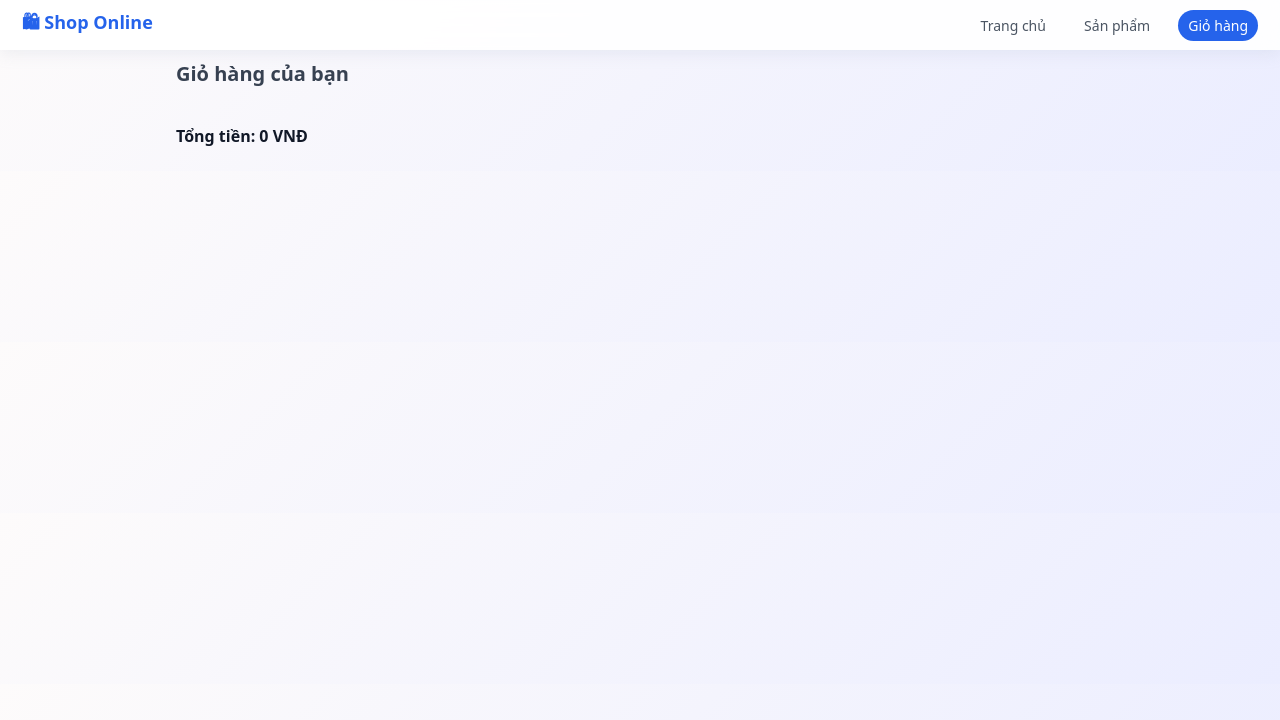
Repository: sapiens04/myshop_feuser
Page: src/cart.html
The author's editor kept a copy of each file at every save. The page is drawn from the files as they stood at one save, then again after the next save.
The browser window is 1280 px wide. The pictures show the whole page.

Above is the page before, as saved 2025-11-18 17:18:43.

### src/cart.html
<!DOCTYPE html>
<html lang="vi">
<head>
    <meta charset="UTF-8">
    <title>Giỏ hàng</title>
    <link rel="stylesheet" href="css/user.css">
</head>
<body>

<header class="navbar">
    <div class="logo">🛍 Shop Online</div>
    <nav>
    <a href="home.html">Trang chủ</a>
    <a href="products.html">Sản phẩm</a>
    <a href="cart.html" class="active">
        Giỏ hàng
        <span class="cart-badge cart-count"></span>
    </a>
</nav>

</header>

<h2 class="section-title">Giỏ hàng của bạn</h2>

<div id="cartList" class="cart-container"></div>

<h3 id="totalPrice" class="total"></h3>

<script src="src/js/cart_badge.js"></script>
<script src="src/js/cart.js"></script>

</body>
</html>

### src/css/user.css
/* Reset nhẹ nhàng */
* {
    box-sizing: border-box;
    margin: 0;
    padding: 0;
}

body {
    font-family: system-ui, -apple-system, BlinkMacSystemFont, "Segoe UI", sans-serif;
    background: linear-gradient(135deg, #fdfbfb, #ebedff);
    color: #222;
}

/* Navbar */
/* -------------------------- */
.navbar {
    position: sticky;
    top: 0;
    z-index: 10;
    display: flex;
    justify-content: space-between;
    align-items: center;
    padding: 10px 22px;
    background: rgba(255, 255, 255, 0.9);
    backdrop-filter: blur(10px);
    box-shadow: 0 4px 15px rgba(148, 163, 184, 0.15);
}

.logo {
    font-weight: 700;
    font-size: 18px;
    color: #2563eb;
}

.navbar nav a {
    margin-left: 14px;
    text-decoration: none;
    font-size: 14px;
    color: #4b5563;
    padding: 6px 10px;
    border-radius: 999px;
    transition: background-color 0.15s, color 0.15s;
}

.navbar nav a:hover {
    background-color: rgba(37, 99, 235, 0.08);
    color: #1d4ed8;
}

.navbar nav a.active {
    background-color: #2563eb;
    color: #ffffff;
}

/* Hero */
/* -------------------------- */
.hero {
    text-align: center;
    padding: 40px 16px 28px;
    max-width: 960px;
    margin: 0 auto;
}

.hero h1 {
    font-size: 28px;
    margin-bottom: 10px;
    color: #1f2933;
}

.hero p {
    color: #6b7280;
    margin-bottom: 16px;
}

.btn-primary {
    display: inline-block;
    border: none;
    border-radius: 999px;
    padding: 8px 18px;
    font-size: 14px;
    cursor: pointer;
    background: linear-gradient(135deg, #60a5fa, #a855f7);
    color: #ffffff;
    box-shadow: 0 6px 15px rgba(99, 102, 241, 0.4);
    text-decoration: none;
    transition: transform 0.05s ease, box-shadow 0.1s ease, opacity 0.1s ease;
}

.btn-primary:hover {
    transform: translateY(-1px);
    box-shadow: 0 10px 25px rgba(99, 102, 241, 0.45);
    opacity: 0.96;
}

/* Tiêu đề section */
/* -------------------------- */
.section-title {
    max-width: 960px;
    margin: 10px auto 4px;
    padding: 0 16px;
    font-size: 20px;
    font-weight: 600;
    color: #374151;
}

/* Search input ở trang products */
/* -------------------------- */
.search-input {
    display: block;
    max-width: 960px;
    width: 100%;
    margin: 8px auto 10px;
    padding: 8px 12px;
    border-radius: 999px;
    border: 1px solid #d1d5db;
    background-color: rgba(255, 255, 255, 0.9);
    font-size: 14px;
    color: #374151;
    box-shadow: 0 3px 10px rgba(148, 163, 184, 0.15);
    transition: border-color 0.15s, box-shadow 0.15s, background-color 0.15s;
}

.search-input:focus {
    outline: none;
    border-color: #60a5fa;
    box-shadow: 0 0 0 2px rgba(96, 165, 250, 0.35);
    background-color: #ffffff;
}

/* Product grid */
/* -------------------------- */
.product-grid {
    max-width: 960px;
    margin: 6px auto 30px;
    padding: 0 16px;
    display: grid;
    grid-template-columns: repeat(auto-fill, minmax(190px, 1fr));
    gap: 14px;
}

/* Card sản phẩm */
.product-card {
    background: rgba(255, 255, 255, 0.95);
    border-radius: 16px;
    box-shadow: 0 8px 20px rgba(148, 163, 184, 0.3);
    padding: 10px 10px 14px;
    cursor: pointer;
    transition: transform 0.1s ease, box-shadow 0.1s ease, background-color 0.15s ease;
    display: flex;
    flex-direction: column;
    align-items: stretch;
}

.product-card:hover {
    transform: translateY(-3px);
    box-shadow: 0 12px 30px rgba(129, 140, 248, 0.4);
    background-color: #f9fafb;
}

.product-card img {
    width: 100%;
    height: 140px;
    object-fit: cover;
    border-radius: 12px;
    margin-bottom: 8px;
    background: linear-gradient(135deg, #f9a8d4, #bfdbfe);
}

.product-card h3 {
    font-size: 15px;
    margin-bottom: 4px;
    color: #111827;
}

.product-card .price {
    font-size: 14px;
    font-weight: 600;
    color: #ec4899;
}

/* Detail page */
/* -------------------------- */
.detail-wrapper {
    max-width: 960px;
    margin: 24px auto;
    padding: 12px 16px;
    display: flex;
    gap: 18px;
    flex-wrap: wrap;
}

.detail-image {
    flex: 1 1 260px;
    max-width: 340px;
    width: 100%;
    border-radius: 18px;
    box-shadow: 0 10px 25px rgba(148, 163, 184, 0.4);
    object-fit: cover;
    background: linear-gradient(135deg, #fbcfe8, #bfdbfe);
}

.detail-info {
    flex: 2 1 320px;
    display: flex;
    flex-direction: column;
    gap: 10px;
    padding-top: 6px;
}

.detail-info h2 {
    font-size: 22px;
    color: #111827;
}

.detail-info .price {
    font-size: 18px;
    font-weight: 700;
    color: #ec4899;
}

/* Cart */
/* -------------------------- */
.cart-container {
    max-width: 960px;
    margin: 12px auto 0;
    padding: 0 16px 20px;
    display: flex;
    flex-direction: column;
    gap: 10px;
}

.cart-item {
    background: rgba(255, 255, 255, 0.96);
    border-radius: 14px;
    padding: 10px 12px;
    display: flex;
    justify-content: space-between;
    align-items: center;
    box-shadow: 0 6px 16px rgba(148, 163, 184, 0.3);
}

.cart-item h3 {
    font-size: 15px;
    margin-bottom: 2px;
}

.cart-item p {
    font-size: 13px;
    color: #4b5563;
}

.cart-actions {
    display: flex;
    gap: 6px;
    align-items: center;
}

.cart-actions button {
    border-radius: 999px;
    border: 1px solid #d1d5db;
    background-color: #f9fafb;
    padding: 4px 9px;
    font-size: 13px;
    cursor: pointer;
    transition: background-color 0.15s, transform 0.05s;
}

.cart-actions button:hover {
    background-color: #e5e7eb;
    transform: translateY(-1px);
}

/* Tổng tiền */
.total {
    max-width: 960px;
    margin: 6px auto 24px;
    padding: 0 16px;
    font-size: 16px;
    font-weight: 600;
    color: #111827;
}

/* Thông báo lỗi đơn giản (nếu cần dùng chung) */
.error {
    color: #dc2626;
}

/* Responsive */
/* -------------------------- */
@media (max-width: 600px) {
    .navbar {
        flex-direction: column;
        align-items: flex-start;
        gap: 6px;
    }
.navbar nav a {
    margin-left: 14px;
    text-decoration: none;
    font-size: 14px;
    color: #4b5563;
    padding: 6px 10px;
    border-radius: 999px;
    transition: background-color 0.15s, color 0.15s;
    position: relative; /* THÊM: để chứa badge */
}

/* Badge số trên chữ "Giỏ hàng" */
.cart-badge {
    position: absolute;
    top: -4px;
    right: 0;
    min-width: 18px;
    height: 18px;
    border-radius: 999px;
    background: #f97316; /* cam pastel */
    color: #ffffff;
    font-size: 11px;
    display: flex;
    align-items: center;
    justify-content: center;
    padding: 0 4px;
    box-shadow: 0 2px 6px rgba(249, 115, 22, 0.5);
}

/* Nếu không có số thì ẩn luôn (JS sẽ bỏ text đi) */
.cart-badge:empty {
    display: none;
}

    .hero h1 {
        font-size: 22px;
    }

    .detail-wrapper {
        flex-direction: column;
        align-items: center;
    }

    .detail-info {
        width: 100%;
    }

    .product-card img {
        height: 130px;
    }
}

### src/js/cart_badge.js
function getCartItems() {
    try {
        return JSON.parse(localStorage.getItem("cart") || "[]");
    } catch (e) {
        return [];
    }
}

function updateCartCount() {
    const cart = getCartItems();
    const total = cart.reduce((sum, item) => sum + (item.qty || 0), 0);

    const badges = document.querySelectorAll(".cart-count");
    badges.forEach(badge => {
        badge.textContent = total > 0 ? String(total) : "";
    });
}

// Cập nhật khi load trang
window.addEventListener("load", updateCartCount);

// Cập nhật khi localStorage thay đổi từ tab khác (nếu mở nhiều tab)
window.addEventListener("storage", (e) => {
    if (e.key === "cart") {
        updateCartCount();
    }
});

### src/js/cart.js
function loadCart() {
    const cart = JSON.parse(localStorage.getItem("cart") || "[]");
    const list = document.getElementById("cartList");
    let total = 0;

    list.innerHTML = "";

    cart.forEach(item => {
        total += item.price * item.qty;

        list.innerHTML += `
            <div class="cart-item">
                <div>
                    <h3>${item.name}</h3>
                    <p>${item.price.toLocaleString()} VNĐ x ${item.qty}</p>
                </div>

                <div class="cart-actions">
                    <button onclick="changeQty(${item.id}, -1)">-</button>
                    <button onclick="changeQty(${item.id}, 1)">+</button>
                    <button onclick="removeItem(${item.id})">🗑</button>
                </div>
            </div>
        `;
    });

    document.getElementById("totalPrice").textContent =
        "Tổng tiền: " + total.toLocaleString() + " VNĐ";

    // 🔴 THÊM:
    if (typeof updateCartCount === "function") {
        updateCartCount();
    }
}


function changeQty(id, delta) {
    const cart = JSON.parse(localStorage.getItem("cart") || "[]");
    const item = cart.find(x => x.id === id);

    if (!item) return;

    item.qty += delta;
    if (item.qty <= 0) {
        removeItem(id);
        return;
    }

    localStorage.setItem("cart", JSON.stringify(cart));
    loadCart();
}

function removeItem(id) {
    let cart = JSON.parse(localStorage.getItem("cart") || "[]");
    cart = cart.filter(x => x.id !== id);

    localStorage.setItem("cart", JSON.stringify(cart));
    loadCart();
}

window.onload = loadCart;

After the next save:
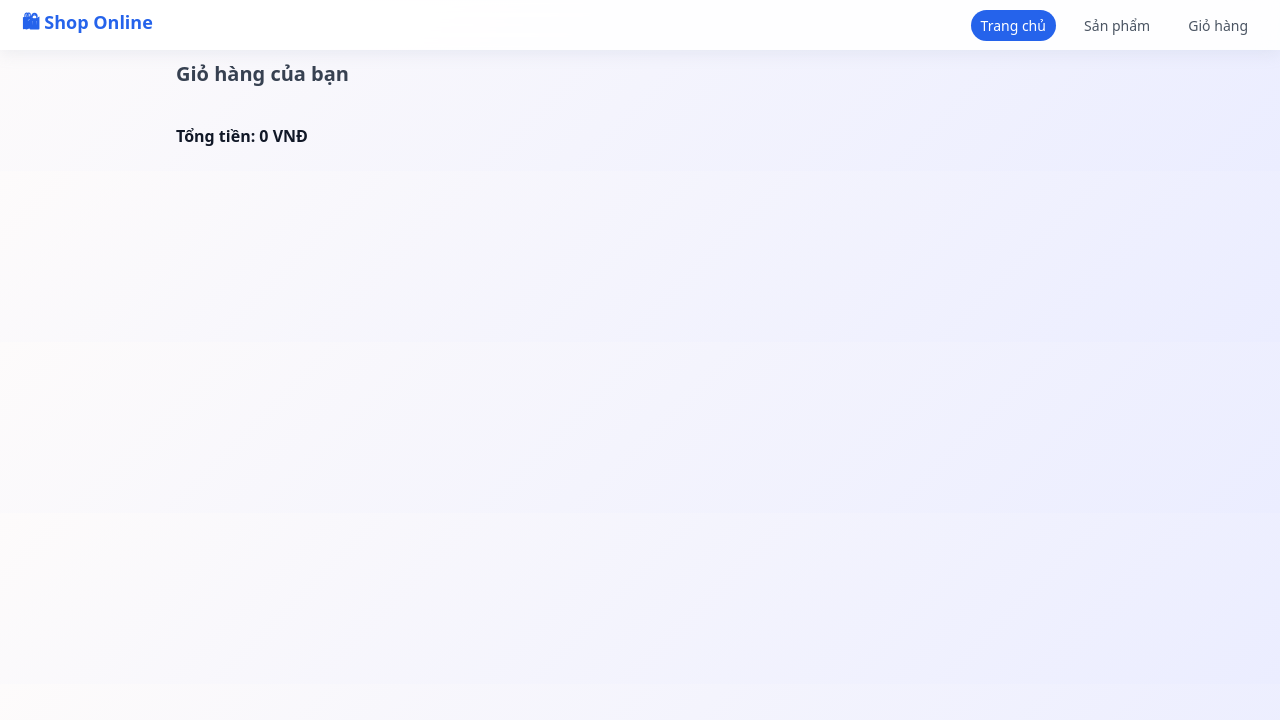
Saved 57 s later.
--- a/src/cart.html
+++ b/src/cart.html
@@ -9,10 +9,10 @@
 
 <header class="navbar">
     <div class="logo">🛍 Shop Online</div>
-    <nav>
-    <a href="home.html">Trang chủ</a>
-    <a href="products.html">Sản phẩm</a>
-    <a href="cart.html" class="active">
+     <nav>
+    <a href="index.html" class="active">Trang chủ</a>
+    <a href="src/products.html">Sản phẩm</a>
+    <a href="src/cart.html">
         Giỏ hàng
         <span class="cart-badge cart-count"></span>
     </a>
